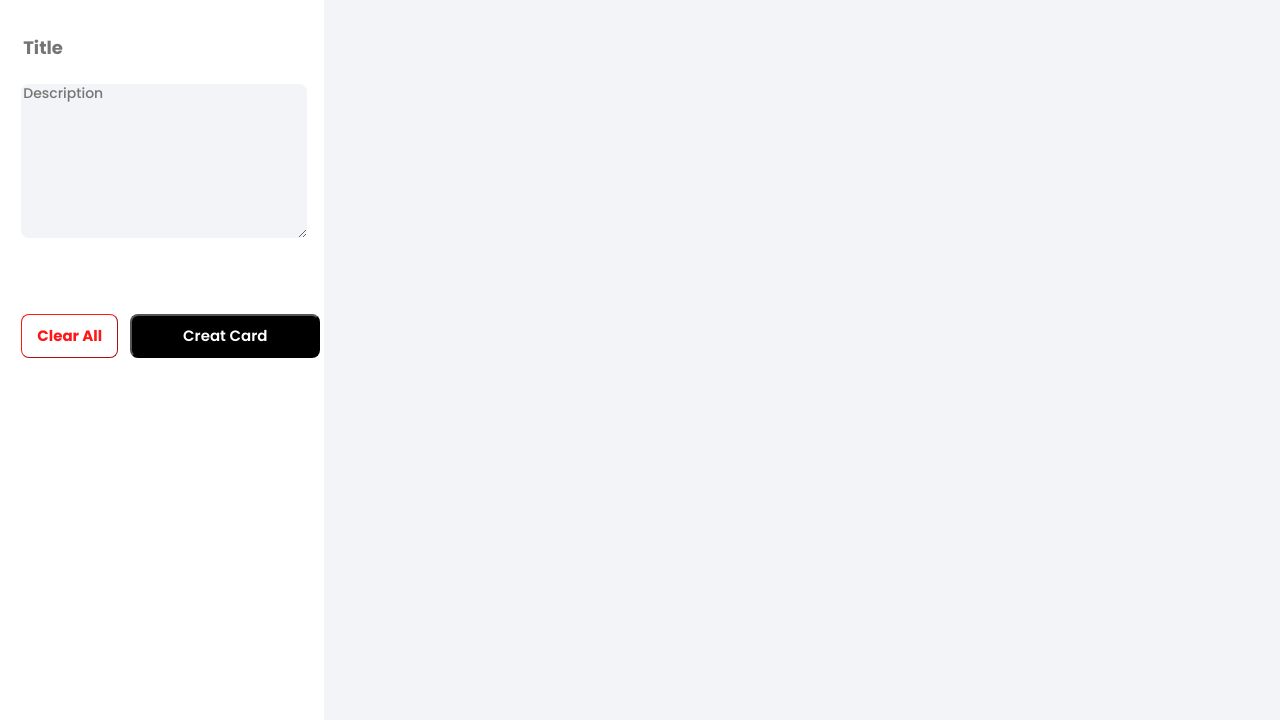
Repository: ReyhanehRahmani/TO-DO
Page: index.html
The author's editor kept a copy of each file at every save. The page is drawn from the files as they stood at one save, then again after a run of saves.
The browser window is 1280 px wide. The pictures show the whole page.
Some web fonts or font styles are not loaded; a fallback is used.

Above is the page before, as saved 2025-06-08 14:08:25.

### index.html
<!DOCTYPE html>

<html lang="en">

    <head>

        <meta name="viewport" content="width=device-width, initial-scale=1.0" />

        <title>TO-DO</title>

        <link rel="icon" type="image/jpg" href="favicon.png">

        <link rel="stylesheet" href="style.css">

        <link rel="preconnect" href="https://fonts.googleapis.com">

        <link rel="preconnect" href="https://fonts.gstatic.com" crossorigin>

        <link href="https://fonts.googleapis.com/css2?family=Poppins:ital,wght@0,100;0,200;0,300;0,400;0,500;0,600;0,700;0,800;0,900;1,100;1,200;1,300;1,400;1,500;1,600;1,700;1,800;1,900&family=Sofia+Sans:ital,wght@0,1..1000;1,1..1000&display=swap" rel="stylesheet">

    </head>
    <body>
        <div id="side">

            <div id="main-card">
            <div id="content">
                <div >
                <div id="title">
                    <input type="text" id="titlebox" minlength="3" maxlength="30" placeholder="Title">
                </div>
                <div id="description">
                    <textarea type="text" id="descriptionbox" maxlength="200" placeholder="Description"></textarea>
                </div>
                </div>

                <div id="buttons">
                    <div id="clear"><button id="clearbut">Clear All</button></div>
                    <div id="creat"><button id="creatbut">Creat Card</button></div>
                </div>
            </div>

            </div>

            <div id="cardsContainer"></div>
        </div>

        <script src="script.js"></script>
    </body>

### style.css
@media screen and (max-width: 1279px){

body{
    background-color: #F2F4F7;
}



#main-card{
    margin-left: 6%;
    margin-right: 6%;
    margin-top: 6%;
    background-color: #FFFFFF;
}

#content{
    margin-right: 6.557377049%;
    margin-left: 6.557377049%;
    margin-top: 6.557377049%;
    margin-bottom: 6.557377049%;
}

#titlebox{
    font-family: 'Poppins';
    font-weight: 700;
    font-size: 18px;
    line-height: 150%;
    letter-spacing: -2%;
    border: none;
    width: 100%;
    height: 51px;
}

#descriptionbox{
    border: none;
    width: 100%;
    font-family: 'Poppins';
    font-weight: 500;
    font-size: 14px;
    line-height: 100%;
    letter-spacing: -3%;
    height: 150px;
    border-radius: 8px;
    background: #F2F4F7;

    margin-top: 10px;

}

#content{
    display: flex;
    flex-direction: column;
    justify-content: space-between;
    gap: 516px;
}

#buttons{
    display: flex;
    justify-content: space-between;
    gap: 12px;
    margin-bottom: 25px;
}

#clear{
    text-align: center;
    justify-content: center;
}

#clearbut{
    height: 44px;
    border-radius: 8px;
    border-width: 1.4px;
    border-color: #FF1616;
    background-color: #FFFFFF;
    font-family: 'Poppins';
    font-weight: 700;
    font-size: 15px;
    line-height: 100%;
    letter-spacing: -3%;
    color: #FF1616;
    white-space: nowrap;
    width: 97px;

}

#creat{
    text-align: center;
    justify-content: center;
}

#creatbut{
    height: 44px;
    border-radius: 8px;
    background: #000000;
    font-family: 'Poppins';
    font-weight: 600;
    font-size: 15px;
    line-height: 100%;
    letter-spacing: -3%;
    color: #FFFFFF;
    width: 190px;

}

.cardsContainer{
    justify-content: center;
}


.card {
    width: 76.923076923%;
    height: 238px;
    border-radius: 8px;
    background: #FCFCFD;
    box-shadow: 0px 0.5px 2px 0px #1018284D;
    justify-self: center;
    position: relative;
    margin-bottom: 24px;
}


.cardTitle{
    font-family: 'Poppins';
    font-weight: 700;
    font-size: 18px;
    line-height: 150%;
    letter-spacing: -2%;
    margin-left: 6.25%;
    padding-top: 4.1%;


}

.cardDate{
    font-family: 'Poppins';
    font-weight: 600;
    font-size: 13px;
    line-height: 150%;
    letter-spacing: -2%;
    margin-left: 6.25%;
    color: #98A2B3;
    margin-top: 6px;

}

.cardDesc{
    font-family: 'Poppins';
    font-weight: 500;
    font-size: 13px;
    line-height: 150%;
    letter-spacing: -2%;
    color: #98A2B3;
    margin-left: 6.25%;
    margin-top: 16px;
}

#todoTitle{
    font-family: 'Poppins';
    font-weight: 800;
    font-size: 32px;
    line-height: 100%;
    letter-spacing: -0.75%;
    color: #000000;
    margin-left: 12%;
    margin-bottom: 20px;
    margin-top: 80px;

}}

@media screen and (min-width: 1280px){


body, html {
    height: 100%;
    margin: 0;
    overflow: hidden;
    background-color: #F2F4F7;

}


#titlebox{
    font-family: 'Poppins';
    font-weight: 700;
    font-size: 18px;
    line-height: 150%;
    letter-spacing: -2%;
    border: none;
    width: 100%;
    height: 51px;
}

#descriptionbox{
    border: none;
    width: 100%;
    font-family: 'Poppins';
    font-weight: 500;
    font-size: 14px;
    line-height: 100%;
    letter-spacing: -3%;
    height: 150px;
    border-radius: 8px;
    background: #F2F4F7;

    margin-top: 10px;

}

#main-card{
    background-color: #FFFFFF;
    width: 25.31120332%;
    margin: 0%;
    height: 100vh;
}

#side{
  display: flex;
  flex-direction: row;
  height: 100vh;
  overflow: hidden;

}


#content{
    display: flex;
    flex-direction: column;
    justify-content: space-between;
    gap: 5.591006424vw;
        margin-right: 6.557377049%;
    margin-left: 6.557377049%;
    margin-top: 6.557377049%;
    margin-bottom: 6.557377049%;
}

#buttons{
    display: flex;
    justify-content: space-between;
    gap: 12px;
    margin-bottom: 25px;
}

#clear{
    text-align: center;
    justify-content: center;
}

#clearbut{
    height: 44px;
    border-radius: 8px;
    border-width: 1.4px;
    border-color: #FF1616;
    background-color: #FFFFFF;
    font-family: 'Poppins';
    font-weight: 700;
    font-size: 15px;
    line-height: 100%;
    letter-spacing: -3%;
    color: #FF1616;
    white-space: nowrap;
    width: 97px;

}

#creat{
    text-align: center;
    justify-content: center;
}

#creatbut{
    height: 44px;
    border-radius: 8px;
    background: #000000;
    font-family: 'Poppins';
    font-weight: 600;
    font-size: 15px;
    line-height: 100%;
    letter-spacing: -3%;
    color: #FFFFFF;
    width: 190px;

}

#cardsContainer{
    overflow-y: auto;
    margin-left: 2%;
    height: 100vh;
    width: 22.130013831%;


}


.card {
    height: 238px;
    border-radius: 8px;
    background: #FCFCFD;
    box-shadow: 0px 0.5px 2px 0px #1018284D;
    position: relative;
    margin-bottom: 24px;

}


.cardTitle{
    font-family: 'Poppins';
    font-weight: 700;
    font-size: 18px;
    line-height: 150%;
    letter-spacing: -2%;
    margin-left: 6.25%;
    padding-top: 3.1%;


}

.cardDate{
    font-family: 'Poppins';
    font-weight: 600;
    font-size: 13px;
    line-height: 150%;
    letter-spacing: -2%;
    margin-left: 6.25%;
    color: #98A2B3;
    margin-top: 6px;

}

.cardDesc{
    font-family: 'Poppins';
    font-weight: 500;
    font-size: 13px;
    line-height: 150%;
    letter-spacing: -2%;
    color: #98A2B3;
    margin-left: 6.25%;
    margin-top: 16px;
}

#todoTitle{
    font-family: 'Poppins';
    font-weight: 800;
    font-size: 32px;
    line-height: 100%;
    letter-spacing: -0.75%;
    color: #000000;
    margin-left: 1%;
    margin-bottom: 20px;
    margin-top: 40px;

}

}

### script.js
document.getElementById("creatbut").onclick = function () {

    const title = document.getElementById("titlebox").value.trim();
    const desc = document.getElementById("descriptionbox").value.trim();

    const card = document.createElement("div");
    card.classList.add("card");

    const cardItems =document.createElement("div");
    card.classList.add("cardItem");

    card.appendChild(cardItems);

    const titleElem = document.createElement("div");
    titleElem.classList.add("cardTitle");
    titleElem.textContent = title;

    const dateElem = document.createElement("div");
    dateElem.classList.add("cardDate");

    const now = new Date();
    const day = now.getDate();
    const monthNames = ["January", "February", "March", "April", "May", "June","July", "August", "September", "October", "November", "December"];

    const month = monthNames[now.getMonth()];

    const formattedDate = day + " " + month;

    dateElem.textContent = formattedDate + " • " + " Assigned to Taha ";

    const descElem = document.createElement("div");
    descElem.classList.add("cardDesc");
    descElem.textContent = desc;

    cardItems.appendChild(titleElem);
    cardItems.appendChild(dateElem);
    cardItems.appendChild(descElem);

    document.getElementById("cardsContainer").appendChild(card);

    const container = document.getElementById("cardsContainer");

    if (!document.getElementById("todoTitle")) {
    const todo = document.createElement("div");
    todo.id = "todoTitle";
    todo.textContent = "TO DO";
    todo.classList.add("todoHeader");

    container.insertBefore(todo, container.firstChild);}



    document.getElementById("clearbut").addEventListener("click", function () {
    document.getElementById("titlebox").value = "";
    document.getElementById("descriptionbox").value = "";});


};

After the next 3 saves:
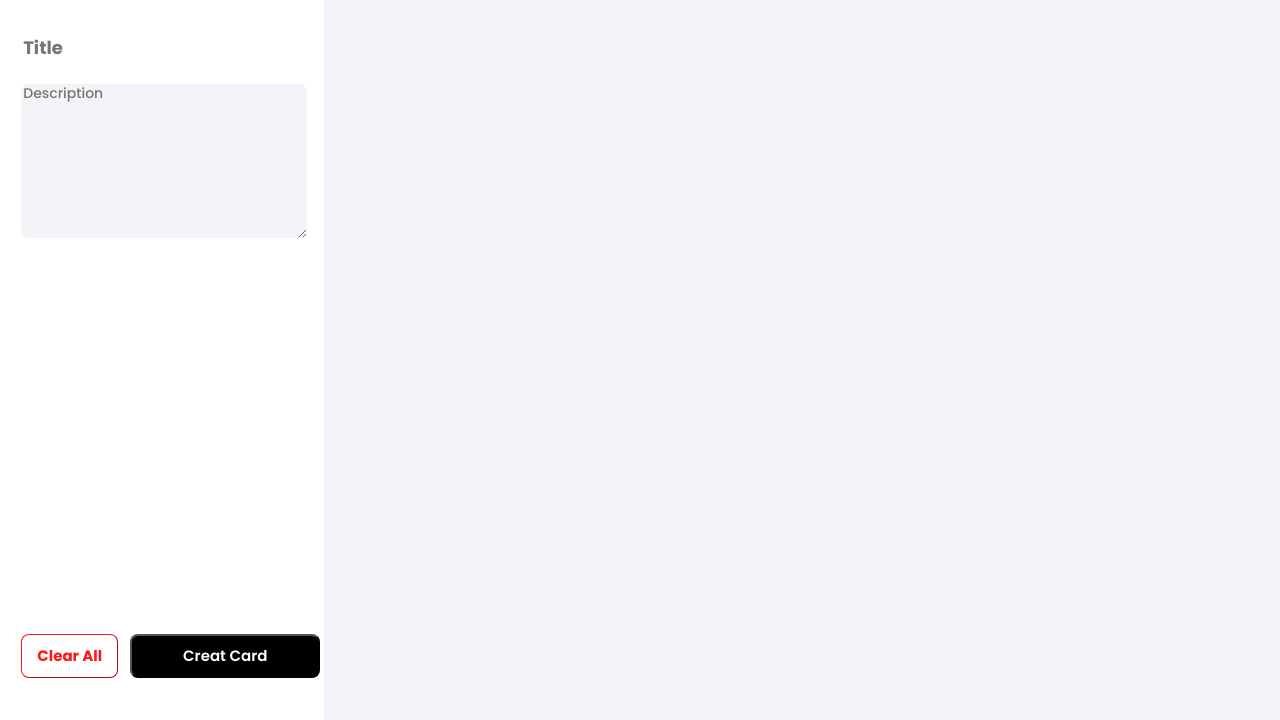
The 3 saves are shown as one change because they came seconds apart.
The last was saved 12 s later.
--- a/style.css
+++ b/style.css
@@ -226,7 +226,7 @@ body, html {
     display: flex;
     flex-direction: column;
     justify-content: space-between;
-    gap: 5.591006424vw;
+    gap: 30.591006424vw;
         margin-right: 6.557377049%;
     margin-left: 6.557377049%;
     margin-top: 6.557377049%;
